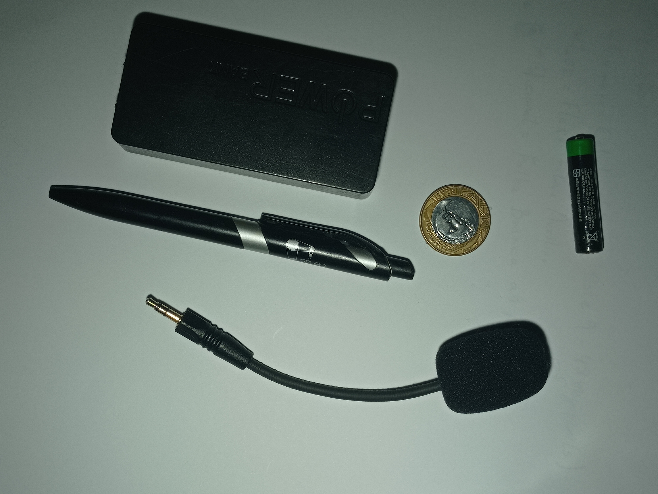
Repository: kaiofbgarcia/OpenCV
Script's output: python newCoin.py
These files come from the project's save history. The script's output is drawn as it stood at one moment and after the next save; the edit follows.
Random numbers start from a fixed seed. It also reads img/img1.jpg.

Above is the script's output before, as saved 2022-06-28 19:15:05.

After the next save:
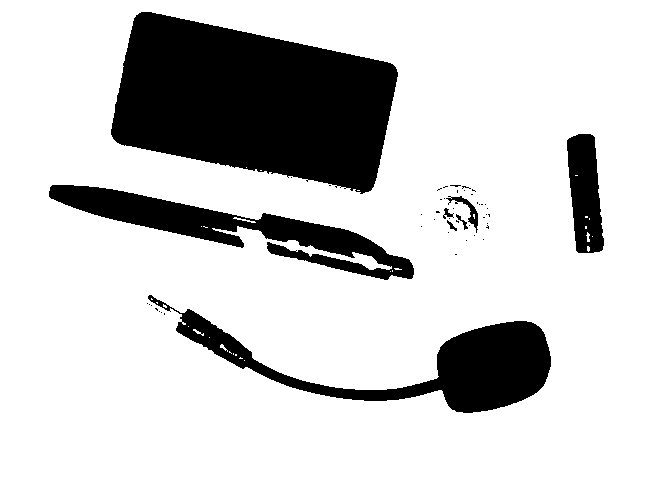
Saved 118 s later.
--- a/newCoin.py
+++ b/newCoin.py
@@ -17,10 +17,11 @@
 
 contours, hierarchy = cv2.findContours(dilation, cv2.RETR_TREE, cv2.CHAIN_APPROX_SIMPLE) # Procura os Objetos
 cont = len(contours)                                                                     # Conta os Objetos
+cv2.drawContours(res, contours, -1, (0,255,0), 3)
 
 print("Numero de Objetos Encontrados: ",cont)
 
-cv2.imshow("Dilatation", res)
+cv2.imshow("Dilatation", binary)
 
 
 cv2.waitKey(0)
